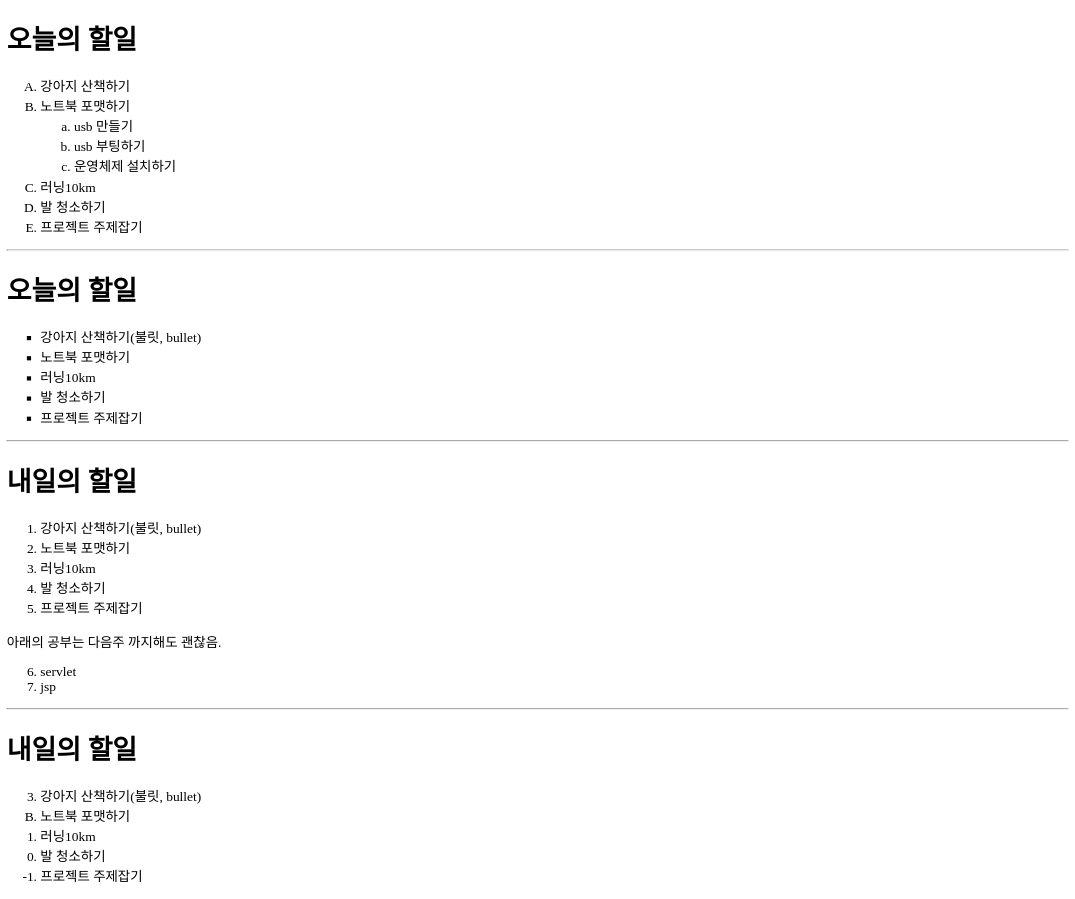
Repository: dnjs0/HCJ
Page: ClientTest/src/main/webapp/ex11_list.html
The author's editor kept a copy of each file at every save. The page is drawn from the files as they stood at one save, then again after the next save.
The browser window is 1280 px wide. The pictures show the whole page, at 84% of full size.

Above is the page before, as saved 2025-02-11 03:09:00.

### ClientTest/src/main/webapp/ex11_list.html
<!DOCTYPE html>
<html lang="ko">
<head>
	<meta charset="UTF-8">
	<title>Insert title here</title>
</head>
<body>
    <!--  ex11_list.html -->
    <!--

        HTML로 할 수 있는 일 == 워드 프로세서로 할 수 있는 일

        List, 목록
        1. <ol> + <li>
            - <ol> : Ordered list, 순서가 있는 목록
            - <li> : List Item, 항목

        2. <ul> + <li>
            - <ul> : Unordered list, 순서가 없는 목록
            - <li> : List Item, 항목

        3. <ol> + <dt> + <tt>






     -->

     <h1>오늘의 할일</h1>

     <ol type = "A">
        <li>강아지 산책하기</li>
        <li>
            노트북 포맷하기
            <ol type = "a">
		        <li>usb 만들기</li>
		        <li>usb 부팅하기</li>
		        <li>운영체제 설치하기</li>
            </ol>


        </li>
        <li>러닝10km</li>
        <li>발 청소하기</li>
        <li>프로젝트 주제잡기</li>
     </ol>




     <hr>




     <h1>오늘의 할일</h1>
     <ul type="square">
        <li>강아지 산책하기(불릿, bullet)</li>
        <li>노트북 포맷하기</li>
        <li>러닝10km</li>
        <li>발 청소하기</li>
        <li>프로젝트 주제잡기</li>
     </ul>


     <hr>

     <h1>내일의 할일</h1>
     <ol>
        <li>강아지 산책하기(불릿, bullet)</li>
        <li>노트북 포맷하기</li>
        <li>러닝10km</li>
        <li>발 청소하기</li>
        <li>프로젝트 주제잡기</li>
     </ol>
     <p>아래의 공부는 다음주 까지해도 괜찮음.</p>
     <ol start = "6">
        <li>servlet</li>
        <li>jsp</li>
     </ol>


     <hr>


     <h1>내일의 할일</h1>
     <ol reversed start="3">
        <li>강아지 산책하기(불릿, bullet)</li>
        <li type="A">노트북 포맷하기</li>
        <li>러닝10km</li>
        <li>발 청소하기</li>
        <li>프로젝트 주제잡기</li>
     </ol>

</body>
</html>

After the next save:
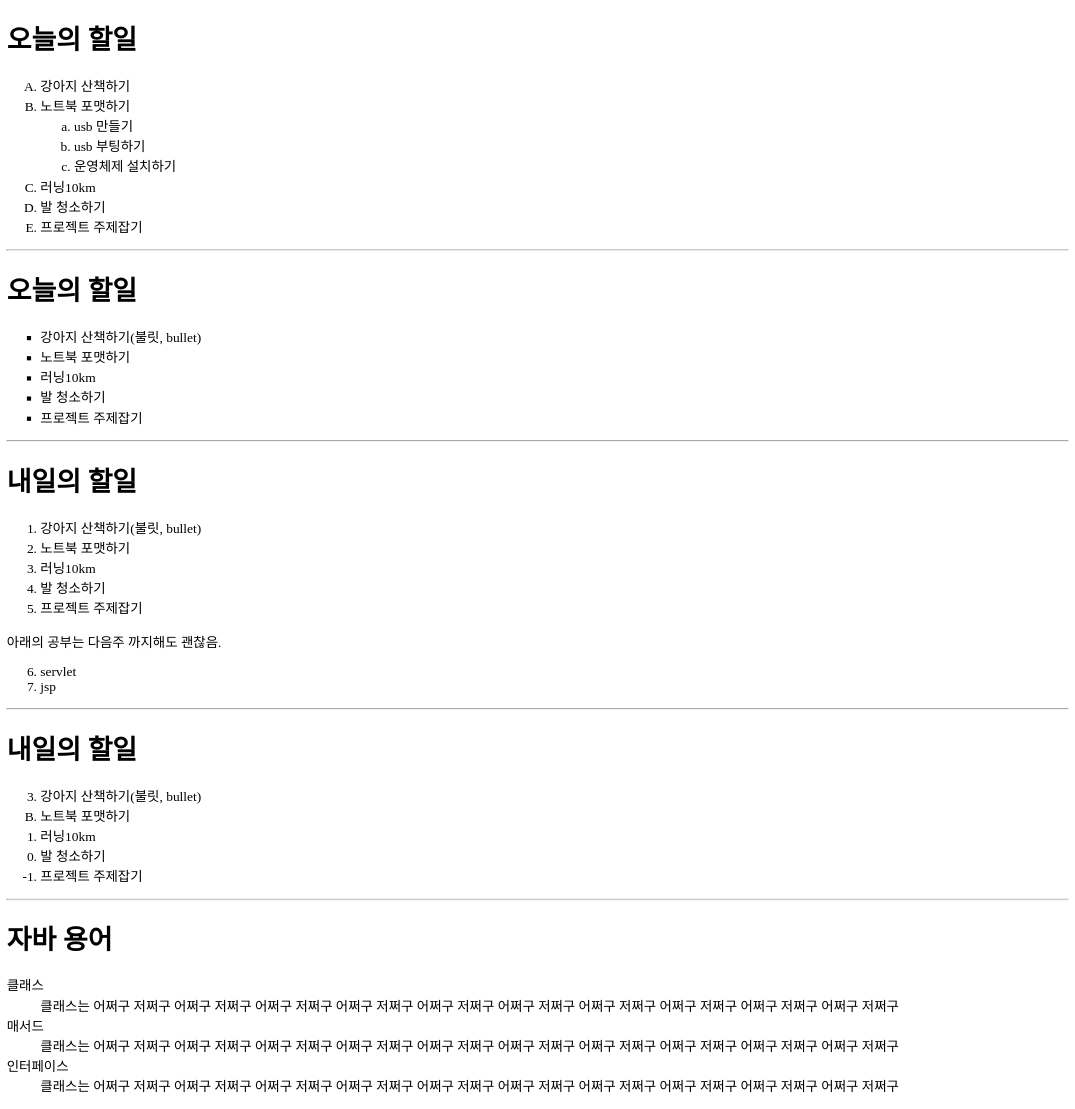
Saved 2 min 25 s later.
--- a/ClientTest/src/main/webapp/ex11_list.html
+++ b/ClientTest/src/main/webapp/ex11_list.html
@@ -94,5 +94,26 @@
         <li>프로젝트 주제잡기</li>
      </ol>
 
+
+     <hr>
+
+
+
+     <h1>자바 용어</h1>
+     <dl>
+        <dt>클래스</dt>
+        <dd>클래스는 어쩌구 저쩌구 어쩌구 저쩌구 어쩌구 저쩌구 어쩌구 저쩌구 어쩌구 저쩌구 어쩌구 저쩌구 어쩌구 저쩌구 어쩌구 저쩌구 어쩌구 저쩌구 어쩌구 저쩌구</dd>
+
+
+        <dt>매서드</dt>
+        <dd>클래스는 어쩌구 저쩌구 어쩌구 저쩌구 어쩌구 저쩌구 어쩌구 저쩌구 어쩌구 저쩌구 어쩌구 저쩌구 어쩌구 저쩌구 어쩌구 저쩌구 어쩌구 저쩌구 어쩌구 저쩌구</dd>
+
+
+        <dt>인터페이스</dt>
+        <dd>클래스는 어쩌구 저쩌구 어쩌구 저쩌구 어쩌구 저쩌구 어쩌구 저쩌구 어쩌구 저쩌구 어쩌구 저쩌구 어쩌구 저쩌구 어쩌구 저쩌구 어쩌구 저쩌구 어쩌구 저쩌구</dd>
+
+     </dl>
+
+
 </body>
 </html>
